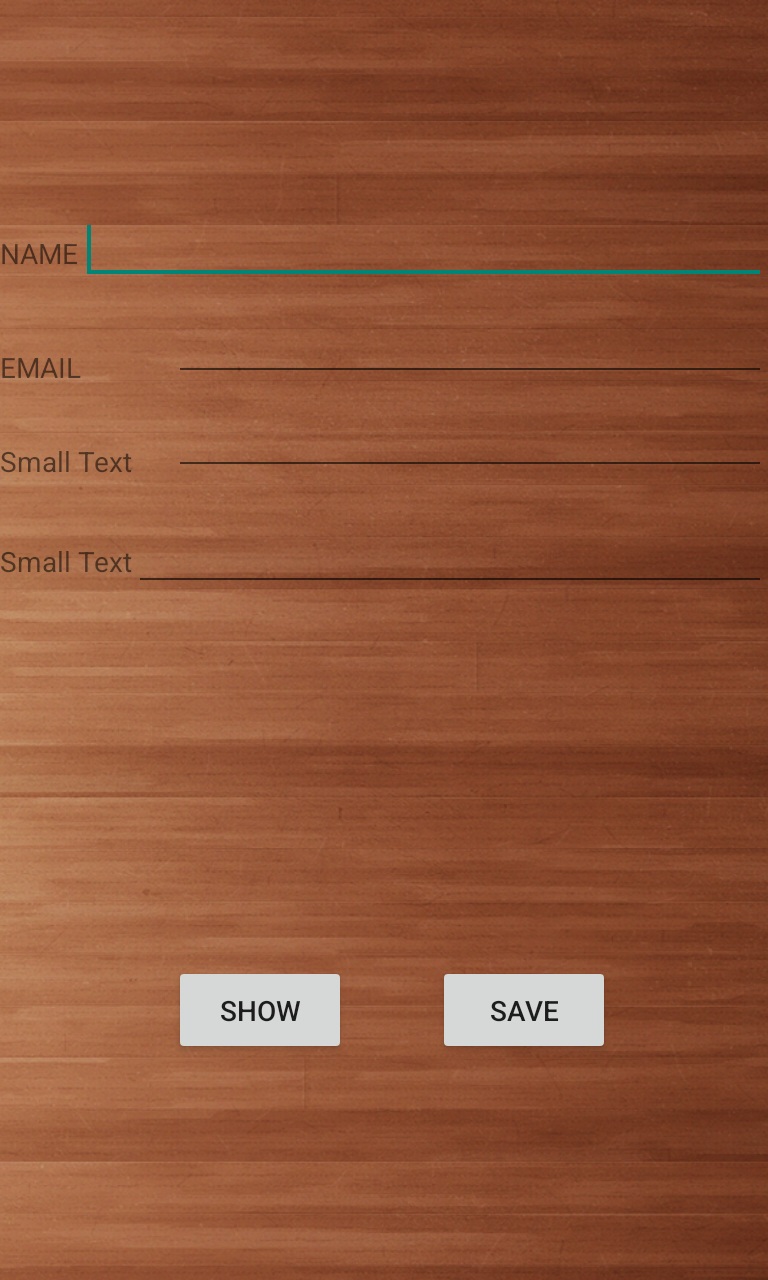
Repository: vipinvkamara/layouts
Layout: RegistrationForm/res/layout/activity_form.xml
These files come from the project's save history. The layout is drawn as it stood at one moment and after the next save; the edit follows.
It is drawn on a 768 x 1280 px phone screen (xhdpi) without system bars, with theme AppTheme; the app's code is not run.

Above is the layout before, as saved 2014-12-16 22:42:45.

After the next save:
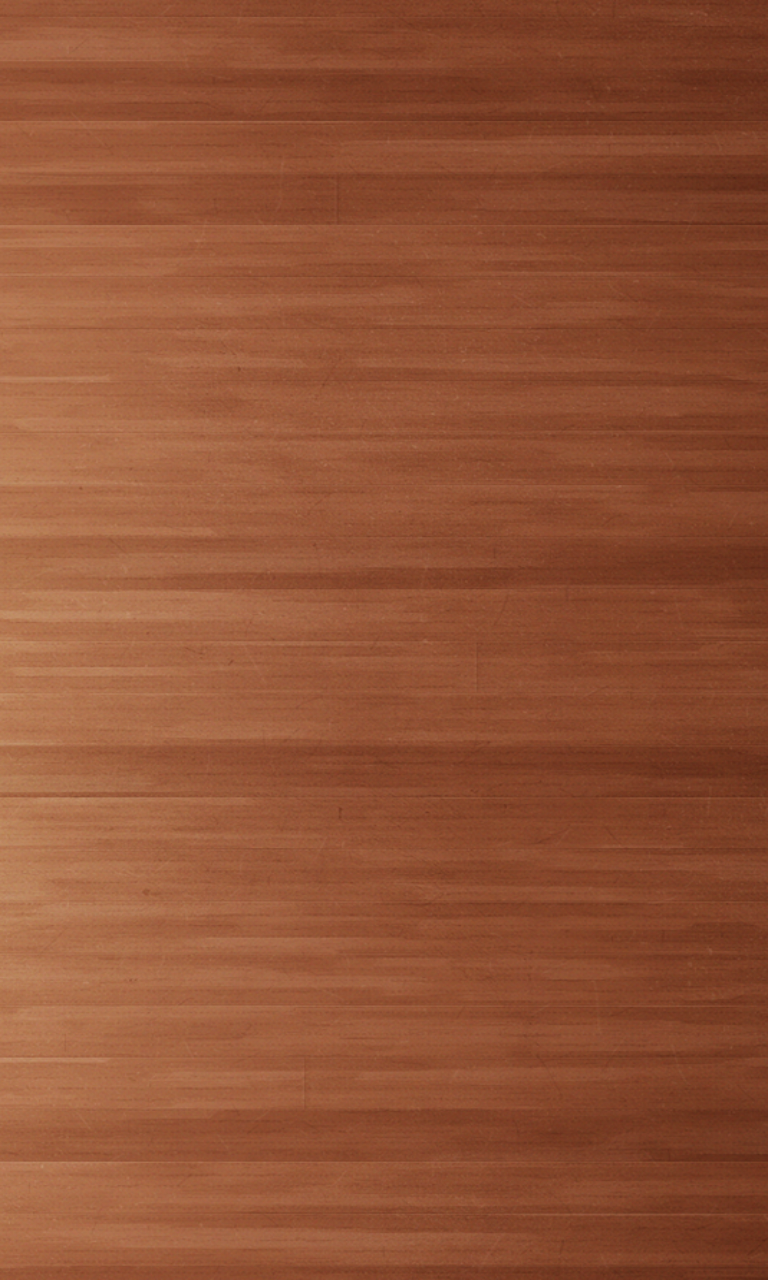
Saved 2 min 31 s later.
--- a/RegistrationForm/res/layout/activity_form.xml
+++ b/RegistrationForm/res/layout/activity_form.xml
@@ -7,107 +7,6 @@
     android:paddingTop="@dimen/activity_vertical_margin"
     tools:context="com.example.registrationform.MainActivity" >
 
-    <TextView
-        android:id="@+id/textView1"
-        android:layout_width="wrap_content"
-        android:layout_height="wrap_content"
-        android:layout_alignParentLeft="true"
-        android:layout_alignParentTop="true"
-        android:layout_marginTop="101dp"
-        android:text="@string/name"
-        android:textAppearance="?android:attr/textAppearanceSmall" />
 
-    <TextView
-        android:id="@+id/textView2"
-        android:layout_width="wrap_content"
-        android:layout_height="wrap_content"
-        android:layout_alignParentLeft="true"
-        android:layout_below="@+id/textView1"
-        android:layout_marginTop="38dp"
-        android:text="EMAIL"
-        android:textAppearance="?android:attr/textAppearanceSmall" />
-
-    <EditText
-        android:id="@+id/editText1"
-        android:layout_width="wrap_content"
-        android:layout_height="wrap_content"
-        android:layout_alignBaseline="@+id/textView1"
-        android:layout_alignBottom="@+id/textView1"
-        android:layout_alignParentRight="true"
-        android:layout_toRightOf="@+id/textView1"
-        android:ems="10"
-        android:textColor="#ff00ff" android:inputType="">
-
-        <requestFocus />
-    </EditText>
-
-    <EditText
-        android:id="@+id/EditText01"
-        android:layout_width="wrap_content"
-        android:layout_height="wrap_content"
-        android:layout_alignBottom="@+id/textView2"
-        android:layout_alignLeft="@+id/editText2"
-        android:layout_alignParentRight="true"
-        android:ems="10"
-        android:textColor="#ff00ff" />
-
-    <Button
-        android:id="@+id/button2"
-        android:layout_width="wrap_content"
-        android:layout_height="wrap_content"
-        android:layout_alignBaseline="@+id/button1"
-        android:layout_alignBottom="@+id/button1"
-        android:layout_marginLeft="44dp"
-        android:layout_toRightOf="@+id/button1"
-        android:text="SAVE" />
-
-    <Button
-        android:id="@+id/button1"
-        android:layout_width="wrap_content"
-        android:layout_height="wrap_content"
-        android:layout_alignLeft="@+id/EditText01"
-        android:layout_alignParentBottom="true"
-        android:layout_marginBottom="95dp"
-        android:text="SHOW" />
-
-    <TextView
-        android:id="@+id/textView3"
-        android:layout_width="wrap_content"
-        android:layout_height="wrap_content"
-        android:layout_alignParentLeft="true"
-        android:layout_below="@+id/textView2"
-        android:layout_marginTop="28dp"
-        android:text="Small Text"
-        android:textAppearance="?android:attr/textAppearanceSmall" />
-
-    <TextView
-        android:id="@+id/textView4"
-        android:layout_width="wrap_content"
-        android:layout_height="wrap_content"
-        android:layout_alignParentLeft="true"
-        android:layout_below="@+id/textView3"
-        android:layout_marginTop="31dp"
-        android:text="Small Text"
-        android:textAppearance="?android:attr/textAppearanceSmall" />
-
-    <EditText
-        android:id="@+id/editText2"
-        android:layout_width="match_parent"
-        android:layout_height="wrap_content"
-        android:layout_above="@+id/textView4"
-        android:layout_alignLeft="@+id/editText3"
-        android:layout_marginLeft="20dp"
-        android:ems="10"
-        android:inputType="number" />
-
-    <EditText
-        android:id="@+id/editText3"
-        android:layout_width="match_parent"
-        android:layout_height="wrap_content"
-        android:layout_alignBaseline="@+id/textView4"
-        android:layout_alignBottom="@+id/textView4"
-        android:layout_toRightOf="@+id/textView4"
-        android:ems="10"
-        android:inputType="date" />
 
 </RelativeLayout>
